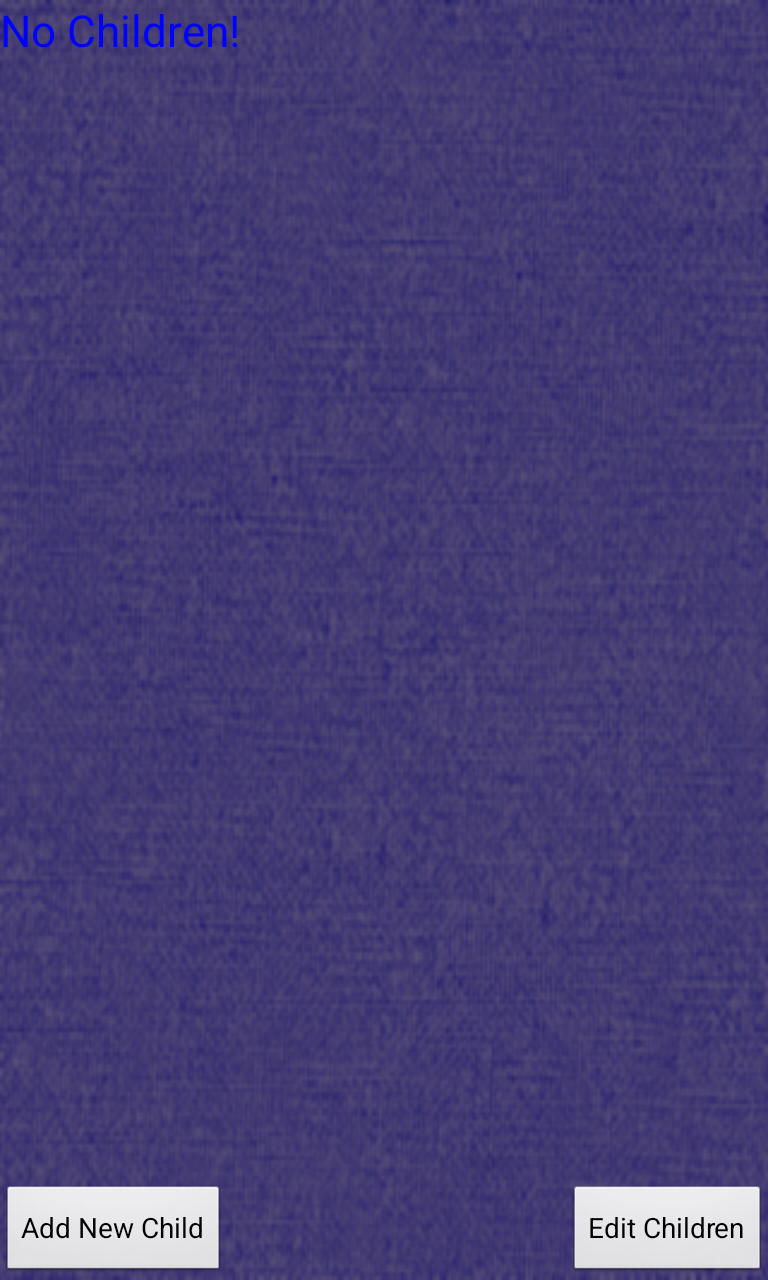
Repository: samanamp/RR-Controller
Layout: RRC app/res/layout/activity_child_setting.xml
An editor plug-in stored every save of this project. The layout is shown before and after the next save, followed by the edit.
It is drawn on a 768 x 1280 px phone screen (xhdpi) without system bars, with theme AppTheme; the app's code is not run.

Above is the layout before, as saved 2012-08-09 12:23:46.

### RRC app/res/layout/activity_child_setting.xml
<RelativeLayout xmlns:android="http://schemas.android.com/apk/res/android"
    xmlns:tools="http://schemas.android.com/tools"
    android:layout_width="match_parent"
    android:layout_height="match_parent"
    android:background="@drawable/bg_menu" >

    <TextView
        android:id="@+id/textView1"
        android:layout_width="wrap_content"
        android:layout_height="wrap_content"
        android:layout_alignParentLeft="true"
        android:layout_alignParentTop="true"
         android:textColor="#0000ff"
        android:text="No Children!"
        android:textAppearance="?android:attr/textAppearanceLarge"
        />

    <Button
        android:id="@+id/button1"
        android:layout_width="wrap_content"
        android:layout_height="wrap_content"
        android:layout_alignParentBottom="true"
        android:layout_alignParentLeft="true"
        android:onClick="newChild"
        android:text="Add New Child" />

    <Button
        android:id="@+id/button2"
        android:layout_width="wrap_content"
        android:layout_height="wrap_content"
        android:layout_alignParentBottom="true"
        android:layout_alignParentRight="true"
        android:onClick="editChild"
        android:text="Edit Children" />

</RelativeLayout>

Loaded but not shown: RRC app/res/values/styles.xml (common file)

After the next save:
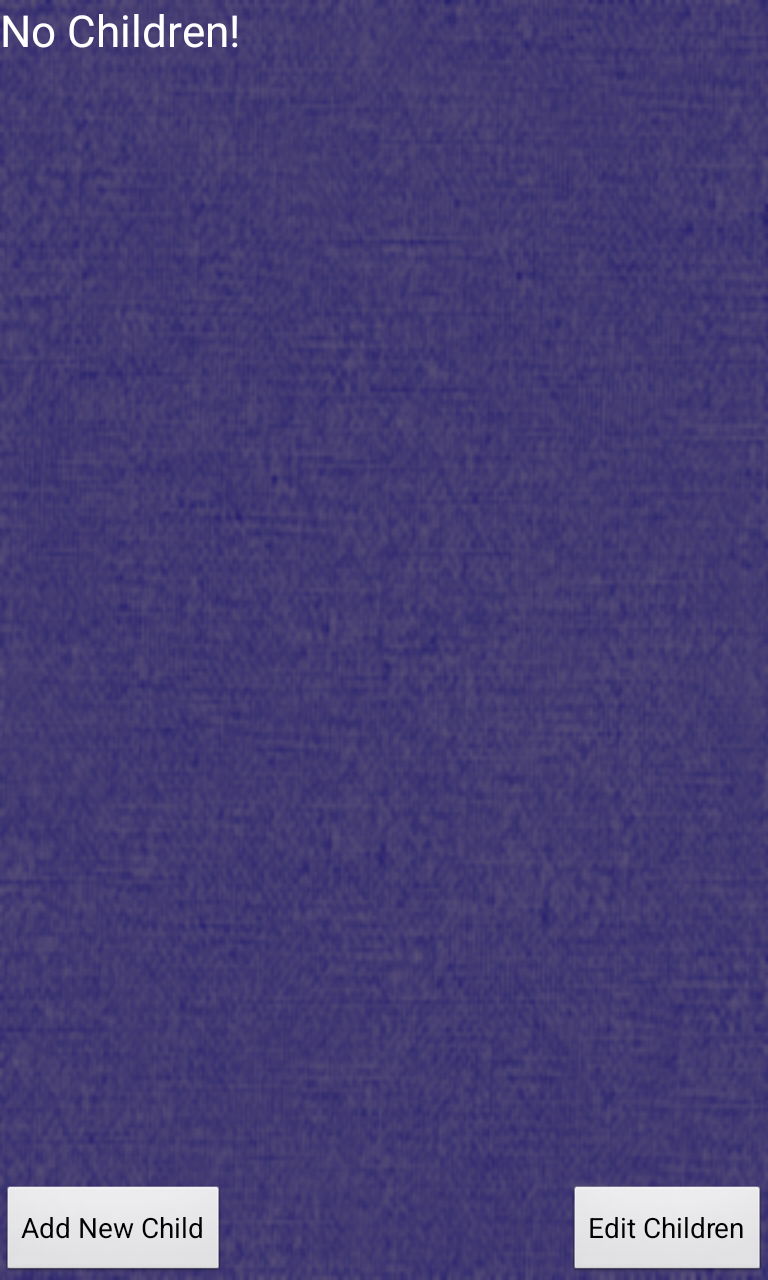
Saved 31 s later.
--- a/RRC app/res/layout/activity_child_setting.xml
+++ b/RRC app/res/layout/activity_child_setting.xml
@@ -10,7 +10,7 @@
         android:layout_height="wrap_content"
         android:layout_alignParentLeft="true"
         android:layout_alignParentTop="true"
-         android:textColor="#0000ff"
+         android:textColor="#ffffff"
         android:text="No Children!"
         android:textAppearance="?android:attr/textAppearanceLarge"
         />
